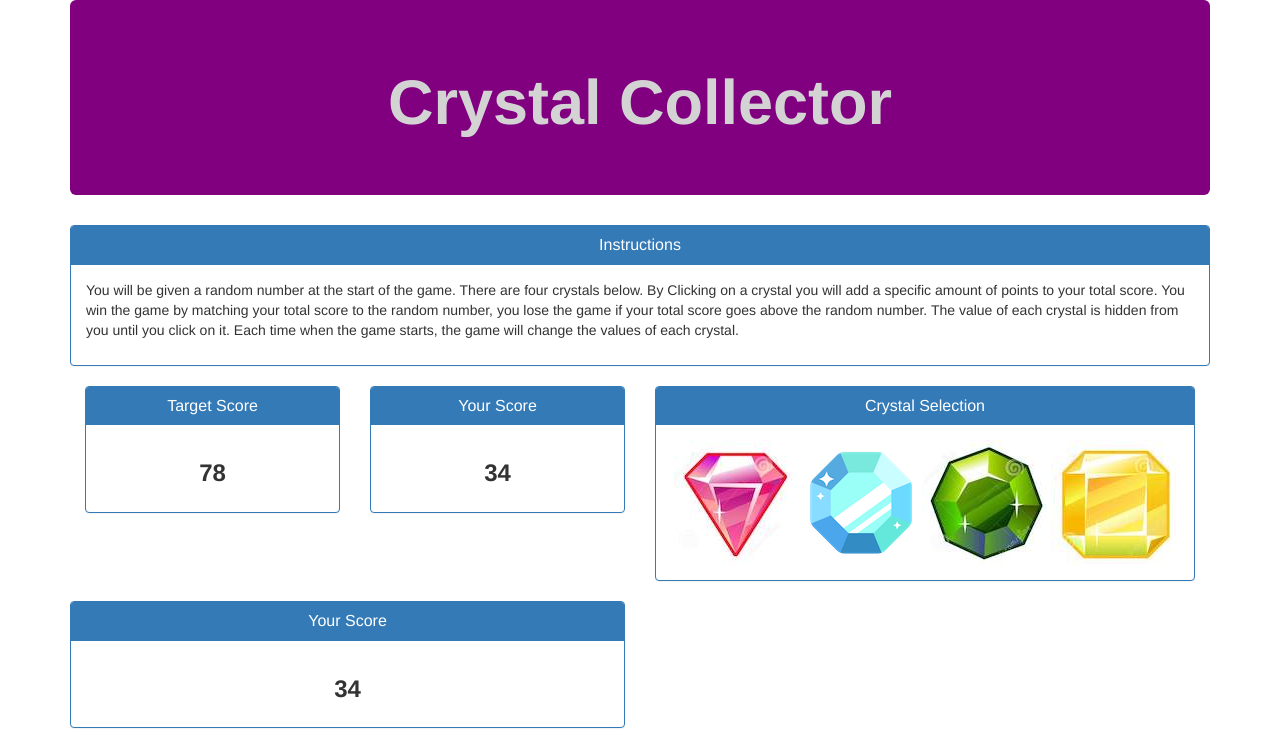
Repository: mikecherry1/week-4-game
Page: index.html
These files come from the project's save history. The page is drawn as it stood at one moment and after the next save; the edit follows.
The browser window is 1280 px wide. The pictures show the whole page.

Above is the page before, as saved 2017-11-19 19:02:39.

### index.html
<!doctype html>
<html lang="en">
  <head>

    <!-- Required meta tags -->
    <meta charset="utf-8">
    <meta name="viewport" content="width=device-width, initial-scale=1, shrink-to-fit=no">

    <!-- Bootstrap CSS -->
    <link rel="stylesheet" <link href="https://maxcdn.bootstrapcdn.com/bootstrap/3.3.7/css/bootstrap.min.css" rel="stylesheet" integrity="sha384-BVYiiSIFeK1dGmJRAkycuHAHRg32OmUcww7on3RYdg4Va+PmSTsz/K68vbdEjh4u"
        crossorigin="anonymous">
  </head>
  <body>

    <div class="container">

        <div class="jumbotron" style= "background-color: purple; color: lightgrey;">
        <div class="container">
            <h1 class="text-center"><strong>Crystal Collector</strong></h1>
        </div>
    </div>

    <div class="row">
        <div class="col-lg-12">
            <div class="panel panel-primary">
                <div class="panel-heading">
                    <h3 class="panel-title text-center">Instructions</h3>
                </div>
                <div class="panel-body">
                    <p>You will be given a random number at the start of the game. There are four crystals below. By Clicking on a crystal you will add a specific amount of points to your total score. You win the game by matching your total score to the random number, you lose the game if your total score goes above the random number. The value of each crystal is hidden from you until you click on it. Each time when the game starts, the game will change the values of each crystal.</p>
            </div>
        </div>
    </div>

    </div>

    <div class="col-lg-3">

        <div class="panel panel-primary">
            <div class="panel-heading">
                <h3 class="panel-title text-center">Target Score</h3>
            </div>
            <div class="panel-body">
                <h3 class="text-center"><strong>78</strong></h3>
            </div>
        </div>
    </div>

        <div class="col-lg-3">

            <div class="panel panel-primary">
                <div class="panel-heading">
                    <h3 class="panel-title text-center">Your Score</h3>
                </div>
                <div class="panel-body">
                    <h3 class="text-center">
                        <strong>34</strong>
                    </h3>
                </div>
            </div>
        </div>

        <div class="col-lg-6">
            <div class="panel panel-primary">
                <div class="panel-heading">
                    <h3 class="panel-title text-center">Crystal Selection</h3>
                </div>
                <div class="panel-body text-center">
                    <img src="assets/images/pink_gem.jpg" alt="">
                    <img src="assets/images/blue-crystal.png" alt="">
                    <img src="assets/images/green_gem.jpg" alt="">
                    <img src="assets/images/yellow_gem.jpg" alt="">
                </div>
            </div>
        </div>

    <div class="row">
        <div class="col-lg-6">
            <div class="panel panel-primary">
                <div class="panel-heading">
                    <h3 class="panel-title text-center">Your Score</h3>
                </div>
                <div class="panel-body">
                    <h3 class="text-center">
                        <strong>34</strong>
                    </h3>
                </div>
            </div>




        </div>

    </div>

    </div>
  </body>
</html>

After the next save:
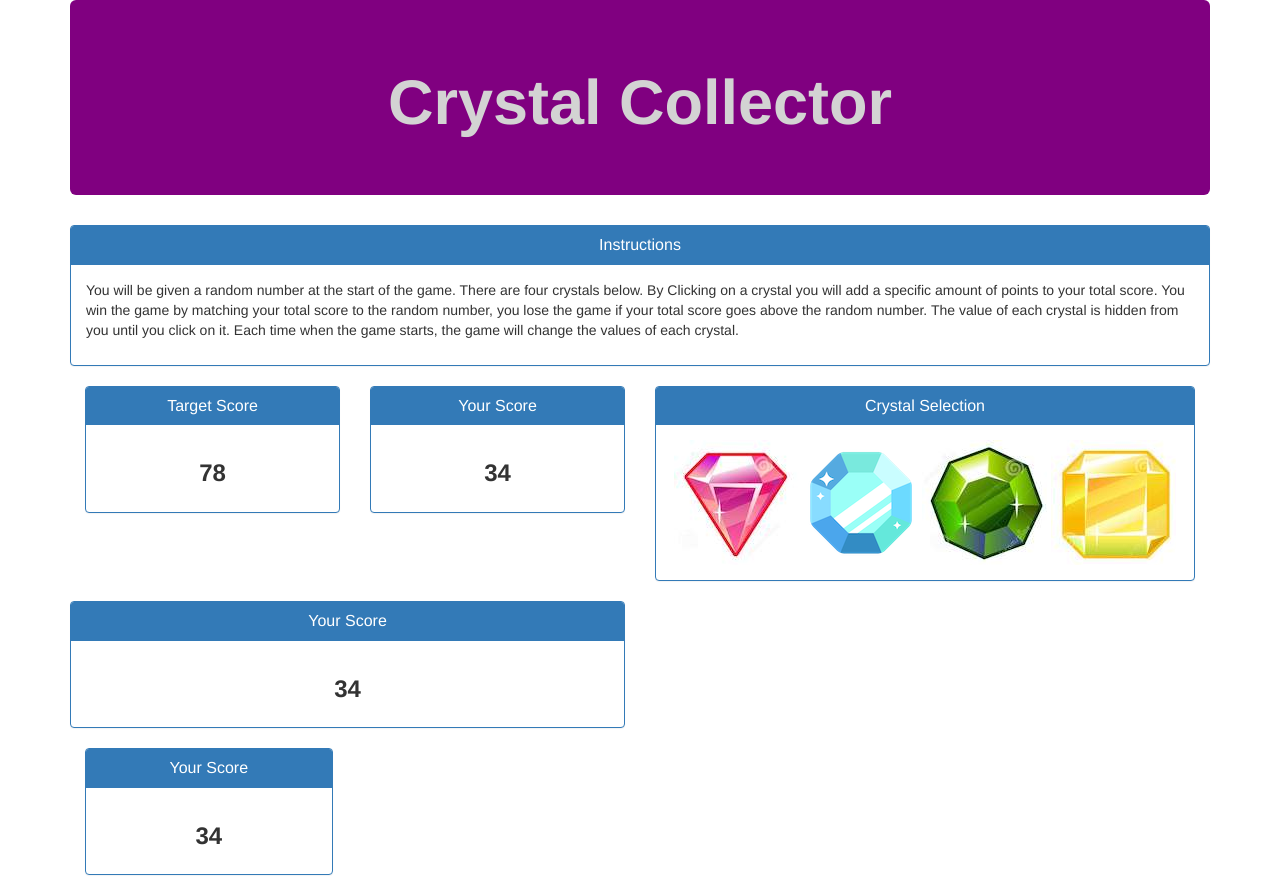
Saved 72 s later.
--- a/index.html
+++ b/index.html
@@ -75,6 +75,19 @@
         </div>
 
     <div class="row">
+
+        <div class="col-lg-6">
+            <div class="panel panel-primary">
+                <div class="panel-heading">
+                    <h3 class="panel-title text-center">Your Score</h3>
+                </div>
+                <div class="panel-body">
+                    <h3 class="text-center">
+                        <strong>34</strong>
+                    </h3>
+                </div>
+            </div>
+
         <div class="col-lg-6">
             <div class="panel panel-primary">
                 <div class="panel-heading">
